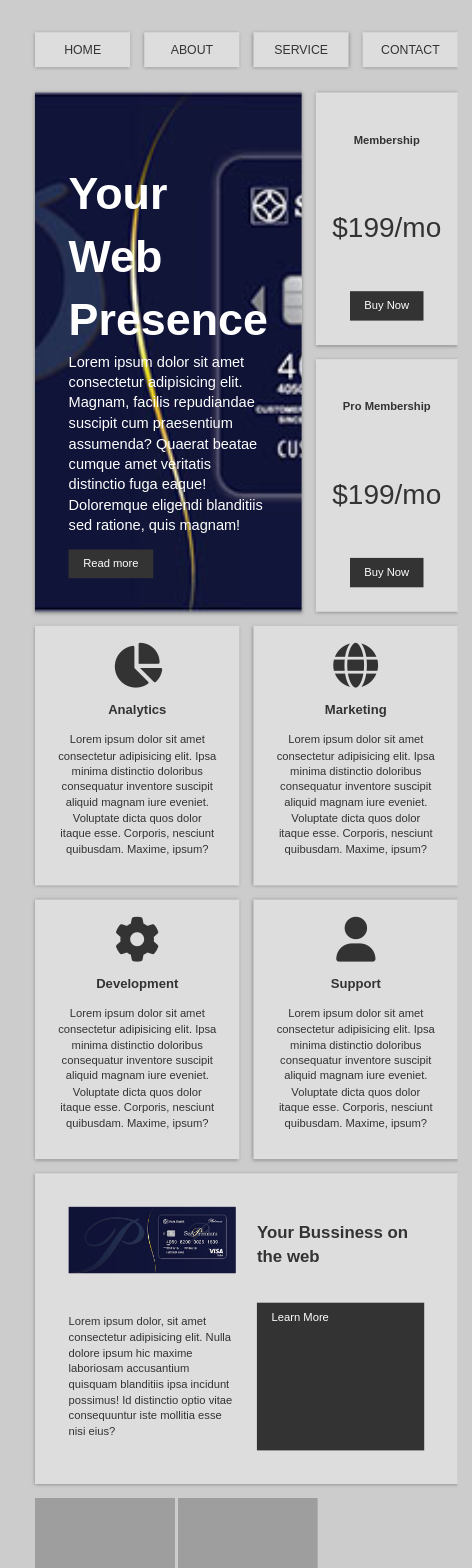
Repository: 1813404040072/grid-demo
Page: index.html
An editor plug-in stored every save of this project. The page is shown before and after the next save, followed by the edit.
The browser window is 600 px wide. The page is 654 px wide, then 674 px, so the pictures cover 674 px, including what lies to the right of the window. The pictures show the part of the page from y = 0 to 2240 px (the page is 3276 px tall before and 3194 px after), at 70% of full size.
Pictures or frames that could not be fetched are drawn as grey boxes. Some web libraries are served in a nearby version.

Above is the page before, as saved 2019-12-25 01:18:30.

After the next save:
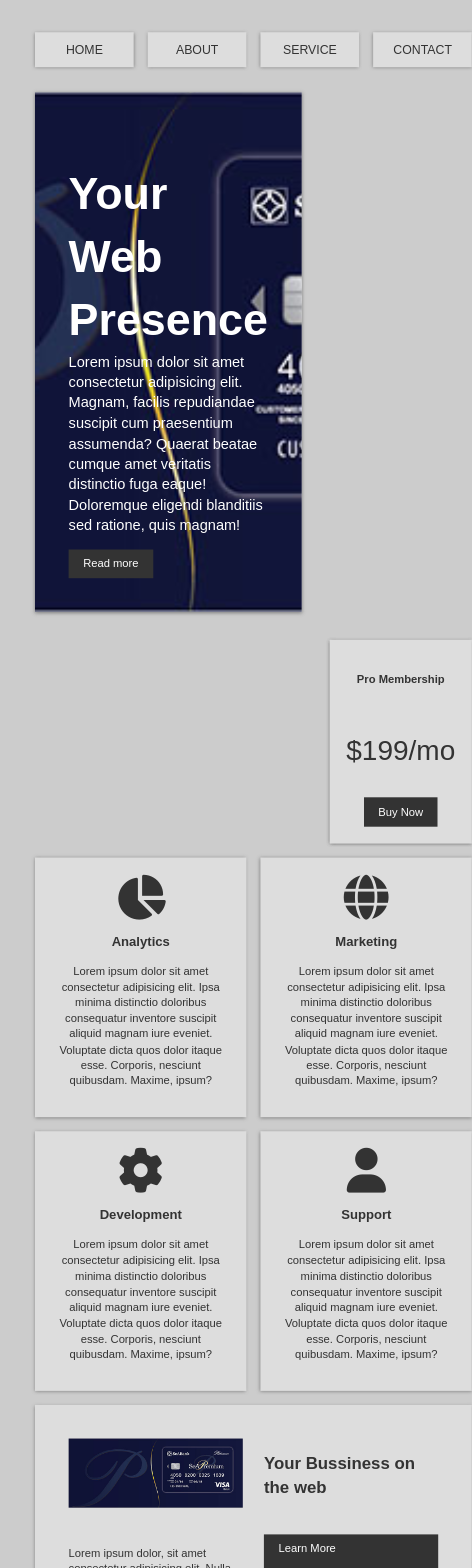
Saved 13 s later.
--- a/style.css
+++ b/style.css
@@ -148,6 +148,7 @@
 /*  Query media */
 @media (max-width: 700px) {
     .top-container {
-        grid-template-areas: ;
+        grid-template-areas:
+        'showcase showcase';
     }
 }
